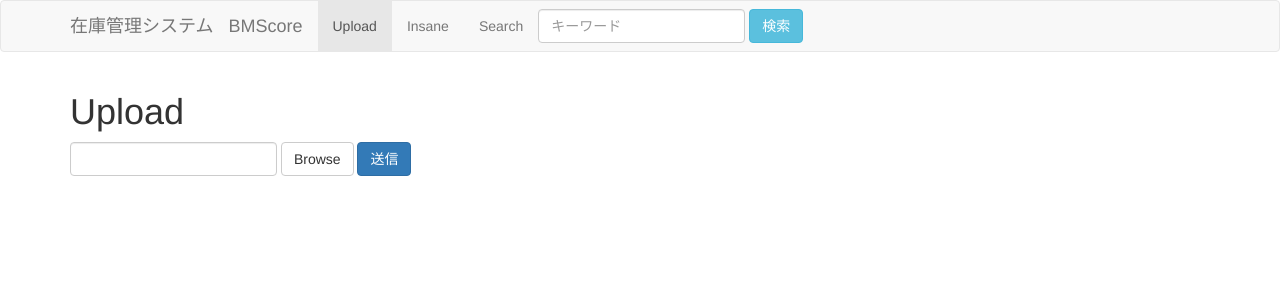
Repository: h1dia/bmscore
Page: upload.html
The author's editor kept a record of every edit. The page is drawn from the files as they stood at one moment, then again after the next edit.
The browser window is 1280 px wide. The pictures show the whole page.
Some web libraries are served in a nearby version.

Above is the page before.

### upload.html
<!DOCTYPE html>
<html lang="ja">
  <head>
    <meta charset="utf-8">
    <meta http-equiv="X-UA-Compatible" content="IE=edge">
    <meta name="viewport" content="width=device-width, initial-scale=1">
    <!-- The above 3 meta tags *must* come first in the head; any other head content must come *after* these tags -->
    <title>Index</title>

    <!-- Bootstrap -->
    <link href="css/bootstrap.min.css" rel="stylesheet">
    <link href="css/bootstrap.css" rel="stylesheet">

    <!-- HTML5 shim and Respond.js for IE8 support of HTML5 elements and media queries -->
    <!-- WARNING: Respond.js doesn't work if you view the page via file:// -->
    <!--[if lt IE 9]>
      <script src="https://oss.maxcdn.com/html5shiv/3.7.2/html5shiv.min.js"></script>
      <script src="https://oss.maxcdn.com/respond/1.4.2/respond.min.js"></script>
    <![endif]-->

  </head>

  <nav class="navbar navbar-default">
    <div class="container">
        <!-- モバイル表示 -->
        <div class="navbar-header">
            <button type="button" class="navbar-toggle"
            data-toggle="collapse" data-target="#navbar-menu">
                <span class="icon-bar"></span>
                <span class="icon-bar"></span>
                <span class="icon-bar"></span>
            </button>
            <a class="navbar-brand" href="#">在庫管理システム</a>
        </div>

        <!-- ヘッダ情報 -->
        <div class="navbar-header">
            <a class="navbar-brand" href="#">BMScore</a>
        </div>
        <!-- リストの配置 -->
        <ul class="nav navbar-nav">
            <li class="active"><a href="upload.html">Upload</a></li>
            <li><a href="#">Insane</a></li>
        </ul>

    <p class="navbar-text">Search</p>
        <form class="navbar-form">
            <div class="form-group">
                <input type="text" class="form-control" placeholder="キーワード">
            </div>
            <button type="submit" class="btn btn-info">検索</button>
        </form>

    </div>
  </nav>

    <!-- jQuery (necessary for Bootstrap's JavaScript plugins) -->
    <script src="//ajax.googleapis.com/ajax/libs/jquery/2.1.3/jquery.min.js"></script>
    <!-- Include all compiled plugins (below), or include individual files as needed -->
    <script src="js/bootstrap.min.js"></script>

    <body>
    <div class=container>

        <h1>Upload</h1>
        <p class="info"></p>


        <div class="row">
        <form action="javascript:;">
          <input id="lefile" type="file" style="display:none">
            <div class="col-xs-8 form-inline">
                <input id="filepath" class="form-control" type="text">
                <a class="btn btn-default" onclick="$('input[id=lefile]').click();">Browse</a>
                <input type="submit" class="btn btn-primary" id="update" value="送信" />
            </div>
        </form>
        </div>

      <script>
      $('input[id=lefile]').change(function() {
        $('#filepath').val($(this).val().replace(/(c:\\)*fakepath\\/i, ''));
      });

      $(function(){
          $("#update").bind("click", function(){
            $("p.alert").html("<img src='./pic/loader.gif'/>");

            var fd = new FormData();

            if ( $("#lefile").val() !== '' ) {
              fd.append( "file", $("#lefile").prop("files")[0] );
            }

            // dataにFormDataを指定する場合 processData,contentTypeをfalseにしてjQueryがdataを処理しないようにする
            var postData = {
              type : "POST",
              dataType : "text",
              data : fd,
              processData : false,
              contentType : false
            };

            $.ajax( "./upload.php", postData ).done(function( text ){
              $("p.alert").html(text);
            });

          });
        });
        </script>

        <p></p>

        <div class="row">
        <p class="alert"></p>
        </div>

        </div>
    </body>
</html>

Loaded but not shown: css/bootstrap.min.css (library); css/bootstrap.css (library); js/bootstrap.min.js (library)

After the next edit:
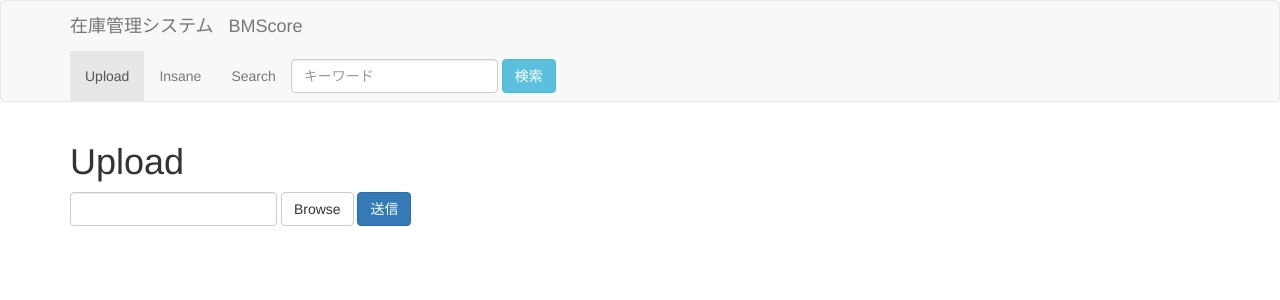
The edit:
--- a/upload.html
+++ b/upload.html
@@ -34,7 +34,7 @@
         </div>
 
         <!-- ヘッダ情報 -->
-        <div class="navbar-header">
+        <div class="collapse navbar-collapse" id="navbar-menu">
             <a class="navbar-brand" href="#">BMScore</a>
         </div>
         <!-- リストの配置 -->
